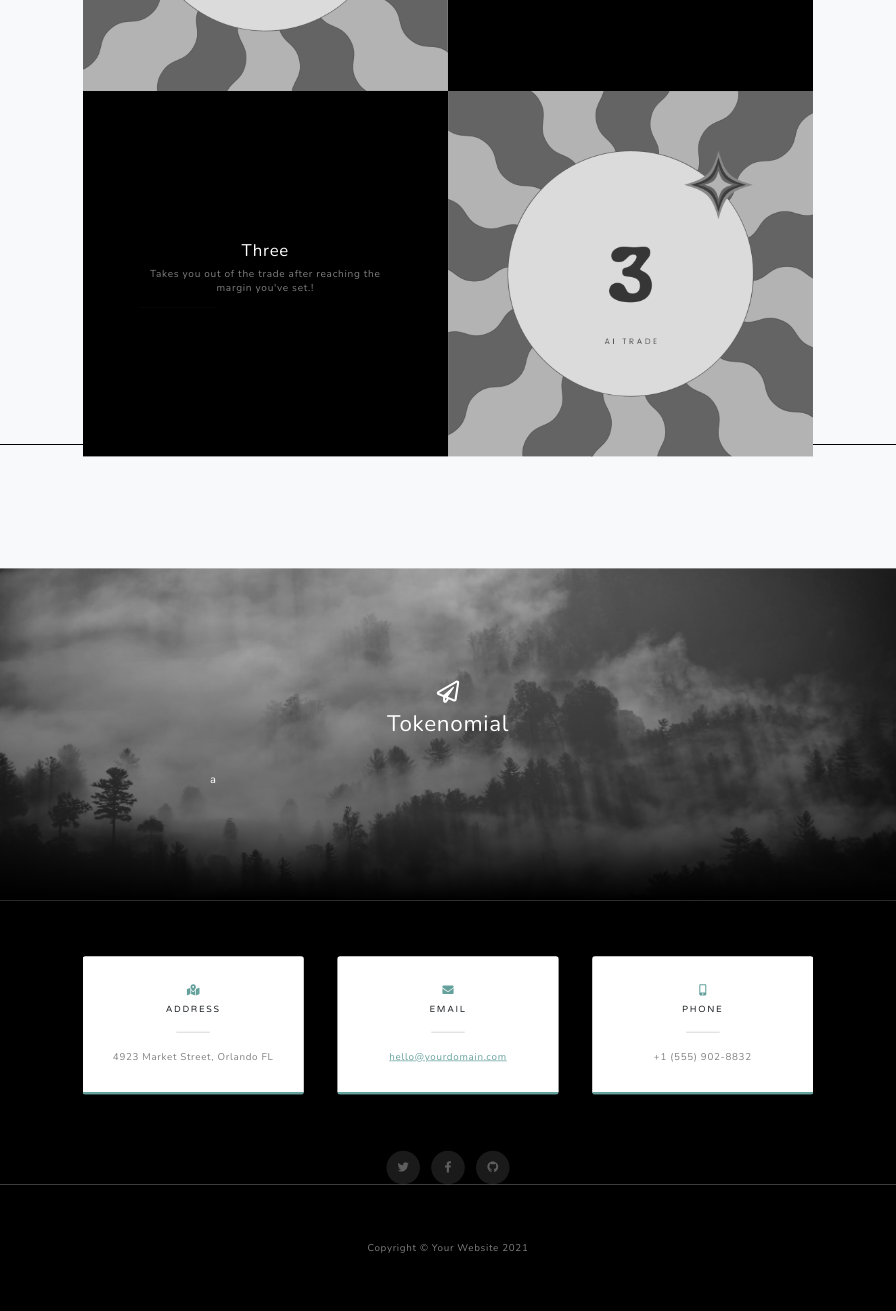
Repository: seyicoded/ico_one
Page: docs/index.html
The author's editor kept a copy of each file at every save. The page is drawn from the files as they stood at one save, then again after the next save.
The browser window is 1280 px wide. The pictures show the part of the page from y = 2270 to 4190 px (the page is 4143 px tall before and 4190 px after), at 70% of full size.

Above is the page before, as saved 2022-02-13 17:24:27.

### docs/index.html
<!DOCTYPE html>
<html lang="en">
    <head>
        <meta charset="utf-8" />
        <meta name="viewport" content="width=device-width, initial-scale=1, shrink-to-fit=no" />
        <meta name="description" content="" />
        <meta name="author" content="" />
        <title>Ai-Trader</title>
        <link rel="icon" type="image/x-icon" href="assets/favicon.ico" />
        <!-- Font Awesome icons (free version)-->
        <script src="https://use.fontawesome.com/releases/v5.15.4/js/all.js" crossorigin="anonymous"></script>
        <!-- Google fonts-->
        <link href="https://fonts.googleapis.com/css?family=Varela+Round" rel="stylesheet" />
        <link href="https://fonts.googleapis.com/css?family=Nunito:200,200i,300,300i,400,400i,600,600i,700,700i,800,800i,900,900i" rel="stylesheet" />
        <!-- Core theme CSS (includes Bootstrap)-->
        <link href="css/styles.css" rel="stylesheet" />
        <link href="css/animate.css" rel="stylesheet" />
        <link href="css/custom.css" rel="stylesheet" />
        <script src="js/jquery.js"></script>
        <script src="js/wow.js"></script>
        <script src="js/bs.js"></script>
        <script type="text/javascript">
            //Initiat WOW JS
            window.onload = function(){
                $("#loaderr").hide();
                new WOW().init();
            }
            // new WOW().init();
        </script>
        <style>
            #loaderr{
                position: fixed;
                z-index: 99;
                top: 0;
                bottom: 0;
                left: 0;
                right: 0;
                background: linear-gradient(grey, black);
                display: flex;
                justify-content: center;
                align-items: center;
            }
            #skip-loader{
                position: fixed;
                bottom: 3%;
                right: 3%;
                background-color: transparent;
                color: white;
                border: none;
            }
        </style>
    </head>
    <body id="page-top">
        <!--  loader start -->
        <div id="loaderr">
            <img src="assets/svg/Spin-0.5s-247px.svg" />
            <button id="skip-loader" onclick="$('#loaderr').hide()">skip</button>
        </div>
        <!-- loader stop -->

        <!-- Navigation-->
        <nav class="navbar navbar-expand-lg navbar-light fixed-top" id="mainNav">
            <div class="container px-4 px-lg-5">
                <a class="navbar-brand" href="#page-top">Ai-Trader</a>
                <button class="navbar-toggler navbar-toggler-right" type="button" data-bs-toggle="collapse" data-bs-target="#navbarResponsive" aria-controls="navbarResponsive" aria-expanded="false" aria-label="Toggle navigation">
                    Menu
                    <i class="fas fa-bars"></i>
                </button>
                <div class="collapse navbar-collapse" id="navbarResponsive">
                    <ul class="navbar-nav ms-auto">
                        <li class="nav-item"><a class="nav-link" href="#about">About</a></li>
                        <li class="nav-item"><a class="nav-link" href="#trade">How to Trade</a></li>
                        <li class="nav-item"><a class="nav-link" href="#token">Tokenomics</a></li>
                    </ul>
                </div>
            </div>
        </nav>
        <!-- Masthead-->
        <header class="masthead">
            <div class="container px-4 px-lg-5 d-flex h-100 align-items-center justify-content-center">
                <div class="d-flex justify-content-center">
                    <div class="text-center">
                        <h1 class="mx-auto my-0 text-uppercase wow fadeIn animated" data-wow-duration="1090ms" data-wow-delay="1000ms">We Got You Covered</h1>
                        <h2 class="text-white-50 mx-auto mt-2 mb-5 wow fadeIn animated" data-wow-duration="1090ms" data-wow-delay="1300ms">An Artificial Intelligence You Can Trust.</h2>
                        <a class="btn btn-white white wow fadeIn animated" style="font-weight: bolder;" href="#about"  data-wow-duration="1090ms" data-wow-delay="1600ms">Get Started</a>
                    </div>
                </div>
            </div>
        </header>
        <!-- About-->
        <section class="about-section text-center" id="about">
            <div class="container px-4 px-lg-5">
                <div class="row gx-4 gx-lg-5 justify-content-center">
                    <div class="col-lg-8">
                        <h2 class="text-white mb-4 wow fadeInLeft animated" data-wow-duration="600ms" data-wow-delay="400ms">About Ai-Trader</h2>
                        <p class="text-white-50 wow fadeInLeft animated" data-wow-duration="600ms" data-wow-delay="600ms">
                            The Crypto Market is a space with so many coins to buy, this can be a challenge for newbies and even "experienced hands". Why stress when there's rest in Ai-Trader. <br />
                            Ai-Trader is a trading App that trades on your behalf, with low risk and great reward. <br />
                            Ai-Trader is a system designed to save you time, mental stress of going through the details of different tokens. The bot checks the market for the best option and makes apt decisions to your advantage.
                        </p>
                    </div>
                    <img class="img-fluid" src="assets/img/ipad.png" style="filter: grayscale(80%); position: absolute; opacity: 19%; height: 400px;" alt="..." />
                </div>
                <!-- <img class="img-fluid" src="assets/img/ipad.png" style="filter: grayscale(80%); position: absolute; opacity: 30%;" alt="..." /> -->
                <div style="height: 100px;">&nbsp;</div>
            </div>
        </section>
        <!-- Projects-->
        <section class="projects-section bg-light" id="trade">
            <div class="container px-4 px-lg-5">
                <h1 style="text-align: center; font-weight: bold;">Ai-Trader Simple Steps</h1>
                <br />
                <!-- Featured Project Row-->
                <div class="row gx-0 mb-4 mb-lg-5 align-items-center wow fadeInLeft animated" data-wow-duration="600ms" data-wow-delay="400ms">
                    <div class="col-xl-8 col-lg-7"><img class="img-fluid mb-3 mb-lg-0" src="assets/count/1.png" style="height: 300px; width: 100%; filter: grayscale(80);" alt="..." /></div>
                    <div class="col-xl-4 col-lg-5">
                        <div class="featured-text text-center text-lg-left">
                            <h4>Step One</h4>
                            <p class="text-black-50 mb-0">Choose the most stable coin or coin with high prospects of rising.!</p>
                        </div>
                    </div>
                </div>
                <!-- Project One Row-->
                <div class="row gx-0 mb-5 mb-lg-0 justify-content-center wow fadeInLeft animated" data-wow-duration="600ms" data-wow-delay="400ms">
                    <div class="col-lg-6"><img class="img-fluid" src="assets/count/2.png" style="filter: grayscale(80);" alt="..." /></div>
                    <div class="col-lg-6">
                        <div class="bg-black text-center h-100 project">
                            <div class="d-flex h-100">
                                <div class="project-text w-100 my-auto text-center text-lg-left">
                                    <h4 class="text-white">Two</h4>
                                    <p class="mb-0 text-white-50">Initiate a trade.</p>
                                    <hr class="d-none d-lg-block mb-0 ms-0" />
                                </div>
                            </div>
                        </div>
                    </div>
                </div>
                <!-- Project Two Row-->
                <div class="row gx-0 justify-content-center wow fadeInLeft animated" data-wow-duration="600ms" data-wow-delay="400ms">
                    <div class="col-lg-6"><img class="img-fluid" src="assets/count/3.png" style="filter: grayscale(80);" alt="..." /></div>
                    <div class="col-lg-6 order-lg-first">
                        <div class="bg-black text-center h-100 project">
                            <div class="d-flex h-100">
                                <div class="project-text w-100 my-auto text-center text-lg-right">
                                    <h4 class="text-white">Three</h4>
                                    <p class="mb-0 text-white-50">Takes you out of the trade after reaching the margin you've set.!</p>
                                    <hr class="d-none d-lg-block mb-0 me-0" />
                                </div>
                            </div>
                        </div>
                    </div>
                </div>
            </div>
        </section>
        <!-- Signup-->
        <section class="signup-section" id="token">
            <div class="container px-4 px-lg-5">
                <div class="row gx-4 gx-lg-5">
                    <div class="col-md-10 col-lg-8 mx-auto text-center">
                        <i class="far fa-paper-plane fa-2x mb-2 text-white"></i>
                        <h2 class="text-white mb-5">Tokenomial</h2>
                        <!-- * * * * * * * * * * * * * * *-->
                        <!-- * * SB Forms Contact Form * *-->
                        <!-- * * * * * * * * * * * * * * *-->
                        <!-- This form is pre-integrated with SB Forms.-->
                        <!-- To make this form functional, sign up at-->
                        <!-- https://startbootstrap.com/solution/contact-forms-->
                        <!-- to get an API token!-->
                        <div style="color: white; text-align: justify;">
                            a
                        </div>
                        <!-- <form class="form-signup" id="contactForm" data-sb-form-api-token="API_TOKEN">

                            <div class="row input-group-newsletter">
                                <div class="col"><input class="form-control" id="emailAddress" type="email" placeholder="Enter email address..." aria-label="Enter email address..." data-sb-validations="required,email" /></div>
                                <div class="col-auto"><button class="btn btn-primary disabled" id="submitButton" type="submit">Notify Me!</button></div>
                            </div>
                            <div class="invalid-feedback mt-2" data-sb-feedback="emailAddress:required">An email is required.</div>
                            <div class="invalid-feedback mt-2" data-sb-feedback="emailAddress:email">Email is not valid.</div>




                            <div class="d-none" id="submitSuccessMessage">
                                <div class="text-center mb-3 mt-2 text-white">
                                    <div class="fw-bolder">Form submission successful!</div>
                                    To activate this form, sign up at
                                    <br />
                                    <a href="https://startbootstrap.com/solution/contact-forms">https://startbootstrap.com/solution/contact-forms</a>
                                </div>
                            </div>




                            <div class="d-none" id="submitErrorMessage"><div class="text-center text-danger mb-3 mt-2">Error sending message!</div></div>
                        </form> -->
                    </div>
                </div>
            </div>
        </section>
        <!-- Contact-->
        <section class="contact-section bg-black">
            <div class="container px-4 px-lg-5">
                <div class="row gx-4 gx-lg-5">
                    <div class="col-md-4 mb-3 mb-md-0">
                        <div class="card py-4 h-100">
                            <div class="card-body text-center">
                                <i class="fas fa-map-marked-alt text-primary mb-2"></i>
                                <h4 class="text-uppercase m-0">Address</h4>
                                <hr class="my-4 mx-auto" />
                                <div class="small text-black-50">4923 Market Street, Orlando FL</div>
                            </div>
                        </div>
                    </div>
                    <div class="col-md-4 mb-3 mb-md-0">
                        <div class="card py-4 h-100">
                            <div class="card-body text-center">
                                <i class="fas fa-envelope text-primary mb-2"></i>
                                <h4 class="text-uppercase m-0">Email</h4>
                                <hr class="my-4 mx-auto" />
                                <div class="small text-black-50"><a href="#!">hello@yourdomain.com</a></div>
                            </div>
                        </div>
                    </div>
                    <div class="col-md-4 mb-3 mb-md-0">
                        <div class="card py-4 h-100">
                            <div class="card-body text-center">
                                <i class="fas fa-mobile-alt text-primary mb-2"></i>
                                <h4 class="text-uppercase m-0">Phone</h4>
                                <hr class="my-4 mx-auto" />
                                <div class="small text-black-50">+1 (555) 902-8832</div>
                            </div>
                        </div>
                    </div>
                </div>
                <div class="social d-flex justify-content-center">
                    <a class="mx-2" href="#!"><i class="fab fa-twitter"></i></a>
                    <a class="mx-2" href="#!"><i class="fab fa-facebook-f"></i></a>
                    <a class="mx-2" href="#!"><i class="fab fa-github"></i></a>
                </div>
            </div>
        </section>
        <!-- Footer-->
        <footer class="footer bg-black small text-center text-white-50"><div class="container px-4 px-lg-5">Copyright &copy; Your Website 2021</div></footer>
        <!-- Bootstrap core JS-->
        <script src="https://cdn.jsdelivr.net/npm/bootstrap@5.1.3/dist/js/bootstrap.bundle.min.js"></script>
        <!-- Core theme JS-->
        <script src="js/scripts.js"></script>

        <!-- * * * * * * * * * * * * * * * * * * * * * * * * * * * * * * * * * * * * * * * *-->
        <!-- * *                               SB Forms JS                               * *-->
        <!-- * * Activate your form at https://startbootstrap.com/solution/contact-forms * *-->
        <!-- * * * * * * * * * * * * * * * * * * * * * * * * * * * * * * * * * * * * * * * *-->
        <script src="https://cdn.startbootstrap.com/sb-forms-latest.js"></script>
    </body>
</html>

### docs/js/scripts.js
/*!
* Start Bootstrap - Grayscale v7.0.4 (https://startbootstrap.com/theme/grayscale)
* Copyright 2013-2021 Start Bootstrap
* Licensed under MIT (https://github.com/StartBootstrap/startbootstrap-grayscale/blob/master/LICENSE)
*/
//
// Scripts
//

window.addEventListener('DOMContentLoaded', event => {

    // Navbar shrink function
    var navbarShrink = function () {
        const navbarCollapsible = document.body.querySelector('#mainNav');
        if (!navbarCollapsible) {
            return;
        }
        if (window.scrollY === 0) {
            navbarCollapsible.classList.remove('navbar-shrink')
        } else {
            navbarCollapsible.classList.add('navbar-shrink')
        }

    };

    // Shrink the navbar
    navbarShrink();

    // Shrink the navbar when page is scrolled
    document.addEventListener('scroll', navbarShrink);

    // Activate Bootstrap scrollspy on the main nav element
    const mainNav = document.body.querySelector('#mainNav');
    if (mainNav) {
        new bootstrap.ScrollSpy(document.body, {
            target: '#mainNav',
            offset: 74,
        });
    };

    // Collapse responsive navbar when toggler is visible
    const navbarToggler = document.body.querySelector('.navbar-toggler');
    const responsiveNavItems = [].slice.call(
        document.querySelectorAll('#navbarResponsive .nav-link')
    );
    responsiveNavItems.map(function (responsiveNavItem) {
        responsiveNavItem.addEventListener('click', () => {
            if (window.getComputedStyle(navbarToggler).display !== 'none') {
                navbarToggler.click();
            }
        });
    });

});

Loaded but not shown: docs/css/styles.css (library); docs/css/animate.css (library); docs/js/jquery.js (library); docs/js/wow.js (library); docs/js/bs.js (library); docs/css/custom.css (no stored copy; drawn as an empty file)

After the next save:
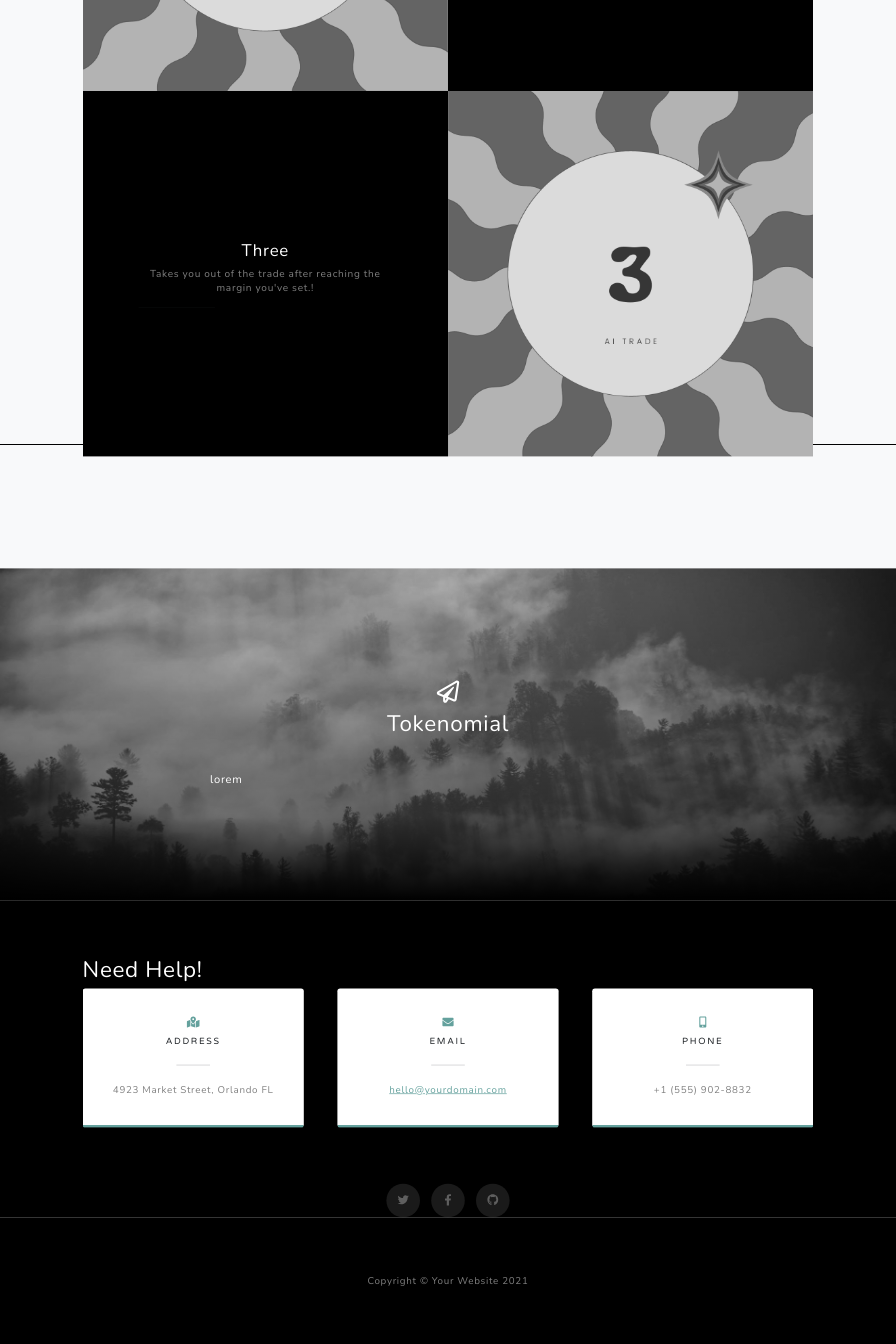
Saved 62 s later.
--- a/docs/index.html
+++ b/docs/index.html
@@ -167,7 +167,7 @@
                         <!-- https://startbootstrap.com/solution/contact-forms-->
                         <!-- to get an API token!-->
                         <div style="color: white; text-align: justify;">
-                            a
+                            lorem
                         </div>
                         <!-- <form class="form-signup" id="contactForm" data-sb-form-api-token="API_TOKEN">
 
@@ -202,6 +202,8 @@
         <!-- Contact-->
         <section class="contact-section bg-black">
             <div class="container px-4 px-lg-5">
+                <h2 class="text-white">Need Help!</h2>
+
                 <div class="row gx-4 gx-lg-5">
                     <div class="col-md-4 mb-3 mb-md-0">
                         <div class="card py-4 h-100">
